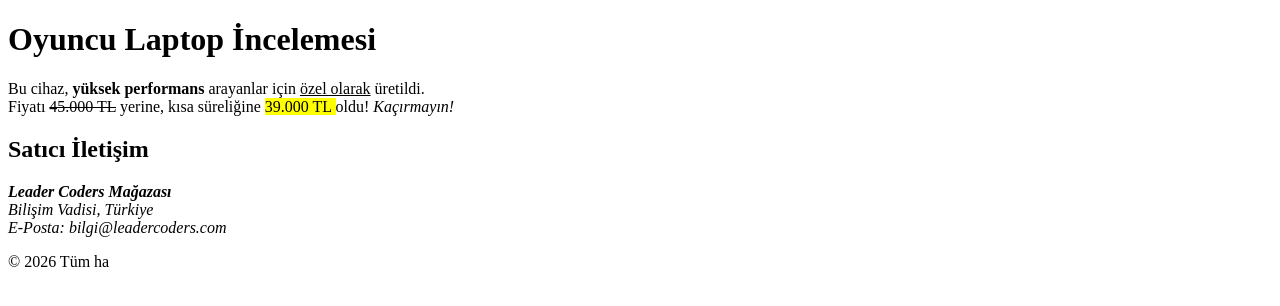
Repository: BeritanBlgn/web-yazilim-muhendisligi
Page: Modul_1/Ders_3/1.3.6_gorev2.html
An editor plug-in stored every save of this project. The page is shown before and after the next save, followed by the edit.
The browser window is 1280 px wide. The pictures show the whole page.

Above is the page before, as saved 2026-10-09 22:37:23.

After the next save:
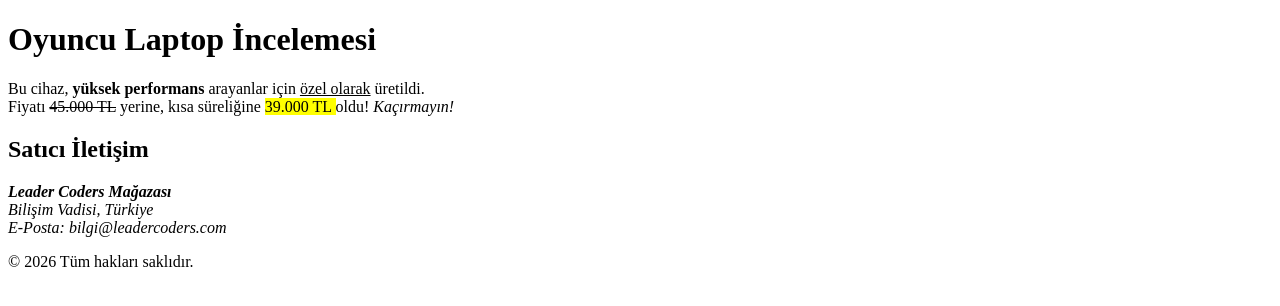
Saved 4 s later.
--- a/Modul_1/Ders_3/1.3.6_gorev2.html
+++ b/Modul_1/Ders_3/1.3.6_gorev2.html
@@ -24,7 +24,7 @@
         E-Posta: bilgi@leadercoders.com
     </address>
     <p>
-        &copy; 2026 Tüm ha
+        &copy; 2026 Tüm hakları saklıdır.
     </p>
  </body>
 </html>
